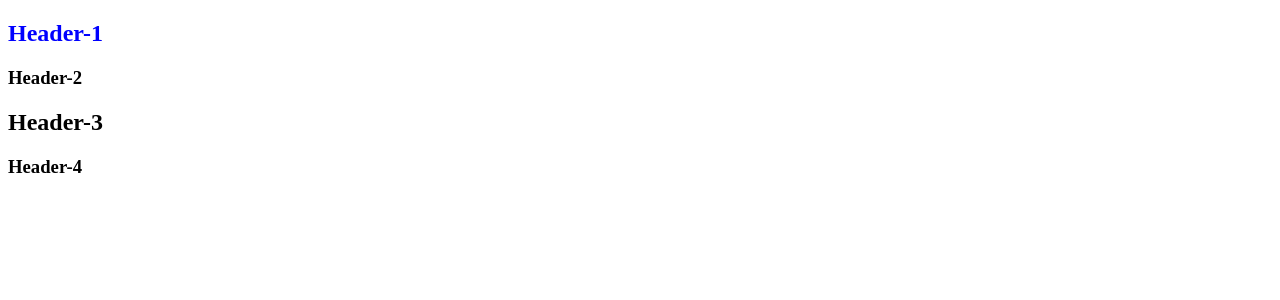
Repository: KYJIN1024/kic_jquery
Page: http://localhost/JQueryEx01/jquery05.jsp
The author's editor kept a copy of each file at every save. The page is drawn from the files as they stood at one save, then again after the next save.
The browser window is 1280 px wide. The pictures show the whole page.
The page is served by Tomcat 9.

Above is the page before, as saved 2023-05-15 06:24:31.

### JQueryEx01/src/main/webapp/jquery05.jsp
<%@ page language="java" contentType="text/html; charset=UTF-8"
    pageEncoding="UTF-8"%>
<!DOCTYPE html>
<html>
<head>
<meta charset="UTF-8">
<title>Insert title here</title>


<script src="https://ajax.googleapis.com/ajax/libs/jquery/3.6.4/jquery.min.js"></script>
<script>
	// window.jquery => jquery => $ (축약된표현)
	$( document ).ready(function(){
		//$('.c1').css('color', 'blue' );
		$('h2.c1').css('color', 'blue' );
	});


</script>

</head>
<body>

<h2 class="c1">Header-1 </h2>
<h3 class="c1">Header-2 </h2>
<h2 class="c2">Header-3 </h2>
<h3 class="c2">Header-4 </h2>


</body>
</html>

After the next save:
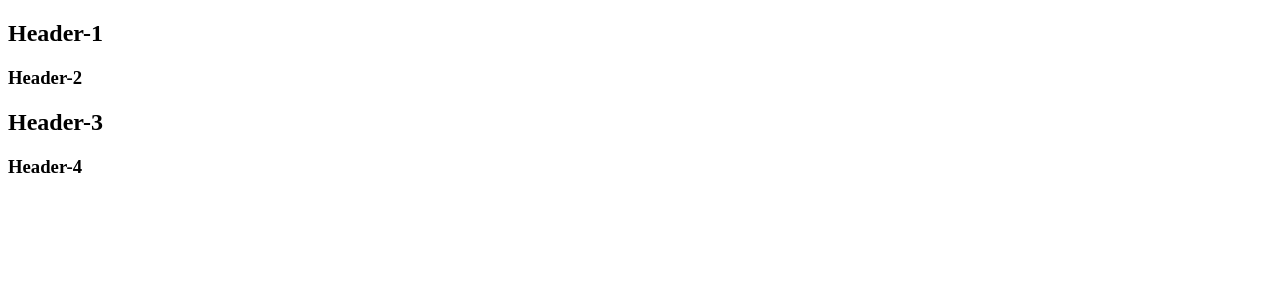
Console error: SyntaxError: Unexpected token '}'
Saved 2 min 43 s later.
--- a/JQueryEx01/src/main/webapp/jquery05.jsp
+++ b/JQueryEx01/src/main/webapp/jquery05.jsp
@@ -12,17 +12,18 @@
 	// window.jquery => jquery => $ (축약된표현)
 	$( document ).ready(function(){
 		//$('.c1').css('color', 'blue' );
-		$('h2.c1').css('color', 'blue' );
+		//$('h2.c1').css('color', 'blue' );  //h2의 c1만 붙도록 제한을 걸어줄수 있음
 	});
 
+		$('c1.c2').css('color', 'blue' );  //h2의 c1만 붙도록 제한을 걸어줄수 있음
+	});
 
 </script>
-
 </head>
 <body>
 
 <h2 class="c1">Header-1 </h2>
-<h3 class="c1">Header-2 </h2>
+<h3 class="c1 c2">Header-2 </h2>
 <h2 class="c2">Header-3 </h2>
 <h3 class="c2">Header-4 </h2>
 
